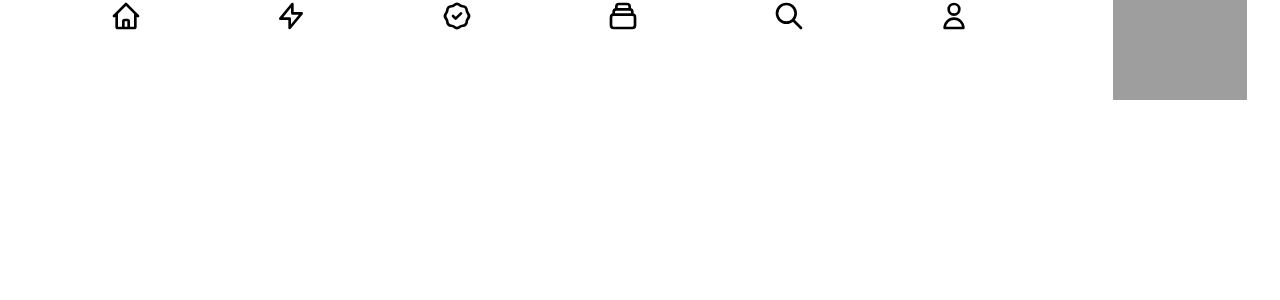
Repository: jafredk/hulu-2
Page: /
An editor plug-in stored every save of this project. The page is shown before and after the next save, followed by the edit.
The browser window is 1280 px wide. The pictures show the whole page.
Pictures or frames that could not be fetched are drawn as grey boxes. The project was rebuilt for these pictures with package versions that can differ from the ones it lists, and the page was loaded fresh each time. The framework's server and built-in components were replaced by stand-ins that run in the browser. Also part of the build but not shown: next.config.js.

Above is the page before, as saved 2021-11-01 13:41:44.

### pages/index.js
import Head from 'next/head'
import Image from 'next/image'
import Header from '../components/Header'


export default function Home() {
  return (
    <div>
      <Head>
        <title>HULU</title>
        <meta name="description" content="Generated by create next app" />
        <link rel="icon" href="/favicon.ico" />
      </Head>



      {/* Header */}
      <Header />



      {/* Nav */}


      {/* Results */}
    </div>
  )
}

### components/Header.js
import {
    BadgeCheckIcon,
    CollectionIcon,
    HomeIcon,
    LightningBoltIcon,
    SearchIcon,
    UserIcon,
} from "@heroicons/react/outline";

import Image from 'next/image'
import HeaderItem from './HeaderItem';

function Header() {
    return (
        <header className="flex">
            <div className="flex flex-grow justify-evenly">
                <HeaderItem title='HOME' Icon={HomeIcon} />
                <HeaderItem title='TRENDING' Icon={LightningBoltIcon} />
                <HeaderItem title='VERIFIED' Icon={BadgeCheckIcon} />
                <HeaderItem title='COLLECTIONS' Icon={CollectionIcon} />
                <HeaderItem title='SEARCH' Icon={SearchIcon} />
                <HeaderItem title='ACCOUNT' Icon={UserIcon} />
            </div>


            <Image className="object-contain bg " src="https://links.papareact.com/ua6" width={200} height={100} />
        </header>
    );
}

export default Header;

### components/HeaderItem.js
function HeaderItem({ Icon, title }) {
    return (
        <div className=" flex flex-col items-center cursor-pointer group w-12 sm:w-20 hover:text-white ">
            <Icon className="h-8 mb-1 group-hover:animate-bounce" />
            <p className=" opacity-0 group-hover:opacity-100  tracking-widest">{title}</p>
        </div>
    );
}

export default HeaderItem;

Loaded but not shown: pages/_app.js (common file); styles/globals.css (common file)

After the next save:
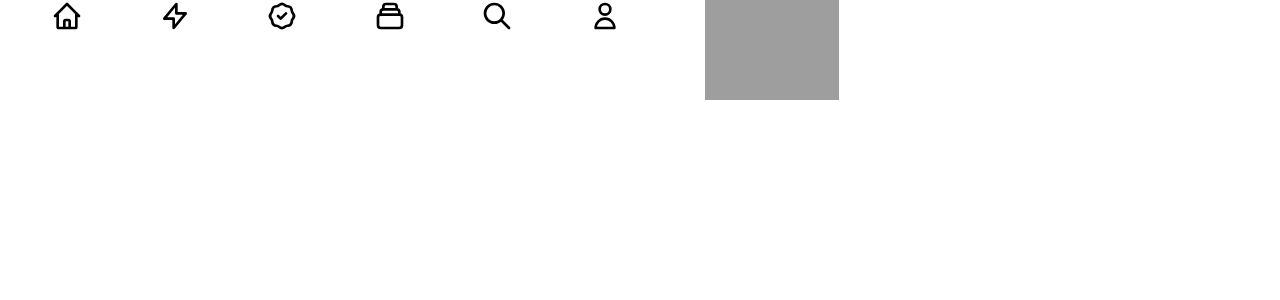
Saved 32 s later.
--- a/components/Header.js
+++ b/components/Header.js
@@ -13,7 +13,7 @@ import HeaderItem from './HeaderItem';
 function Header() {
     return (
         <header className="flex">
-            <div className="flex flex-grow justify-evenly">
+            <div className="flex flex-grow justify-evenly max-w-2xl">
                 <HeaderItem title='HOME' Icon={HomeIcon} />
                 <HeaderItem title='TRENDING' Icon={LightningBoltIcon} />
                 <HeaderItem title='VERIFIED' Icon={BadgeCheckIcon} />
